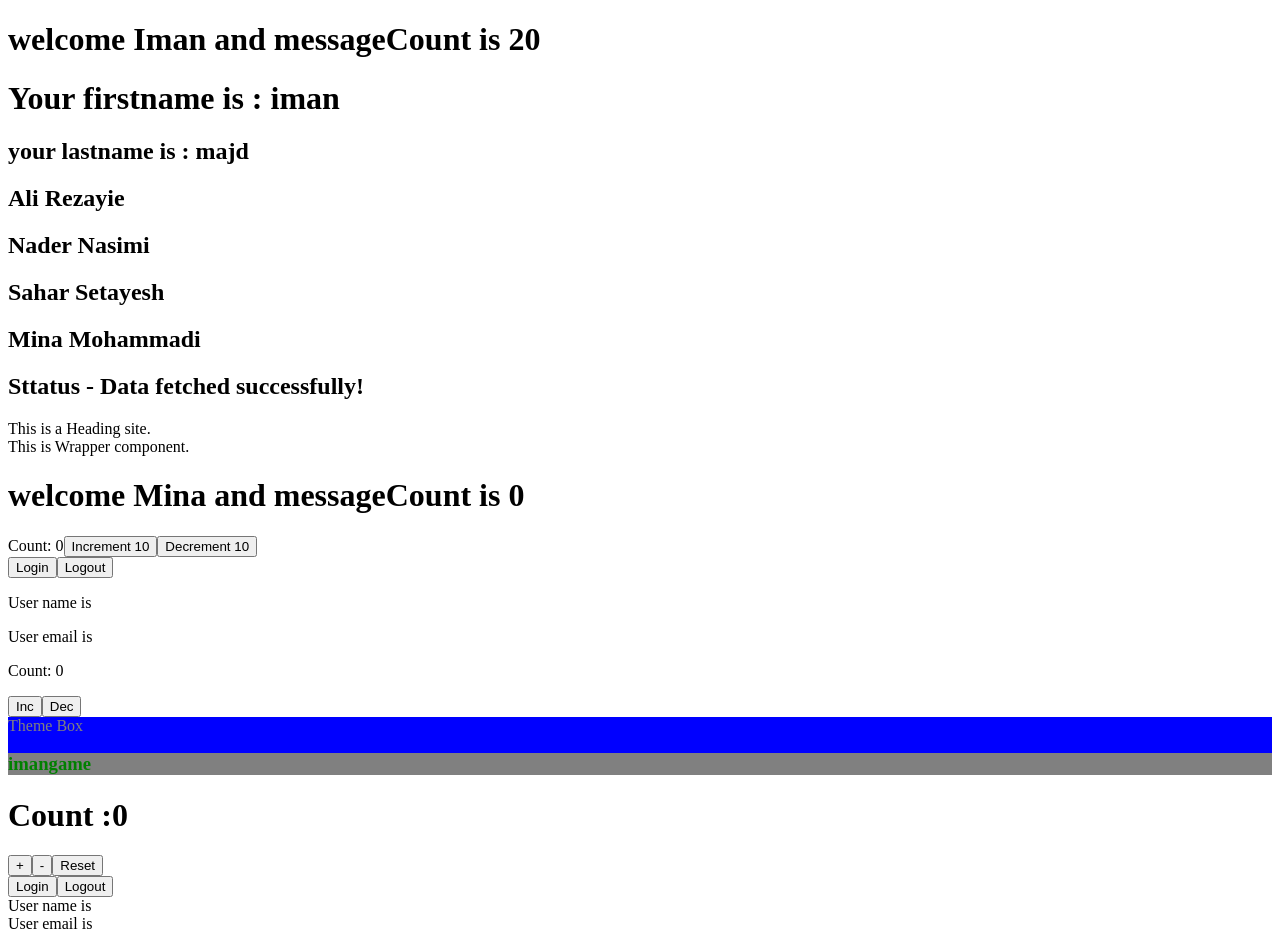
Repository: imangame2125/Typescript-learn-course
Page: /
An editor plug-in stored every save of this project. The page is shown before and after a run of saves, followed by the edit.
The browser window is 1280 px wide. The pictures show the whole page.
The project was rebuilt for these pictures with package versions that can differ from the ones it lists, and the page was loaded fresh each time.

Above is the page before, as saved 2023-10-01 12:54:52.

### src/App.tsx
import React from "react";
import { Greet } from "./components/pages/Greet";
import Person from "./components/pages/Person";
import PersonList from "./components/pages/PersonList";
import Status from "./components/pages/Status";
import Heading from "./components/pages/Heading";
import { Wrapper } from "./components/pages/Wrapper";
import User from "./components/pages/User";
import Container from "./components/pages/Counter";
import UseReducerTypescript from "./components/pages/UseResuerTypescript";
import CounterUseReducer from "./components/pages/CounterUseReducer";
import { ThemeContextProvider } from "./components/context/ThemeContext";
import Box from "./components/pages/Box";
import { UserContextProvider } from "./components/context/UserContext";
import UserPerson from "./components/context/UserPerson";

function App() {
  const personName = {
    firstName: "iman",
    lastName: "majd",
  };

  const nameList = [
    {
      firstName:'Ali',
      lastName:'Rezayie'
    },


    {
      firstName:'Nader',
      lastName:'Nasimi'
    },


    {
      firstName:'Sahar',
      lastName:'Setayesh'
    },



    {
      firstName:'Mina',
      lastName:'Mohammadi'
    },
  ]
  return (
    <div className="App">
      <Greet name="Iman" messageCount={20} isLoggedIn={true} family={0} />
      <Person name={personName} />
      <PersonList names={nameList}/>
      <Status status="success"/>
      <Heading>
        This is a Heading site.
      </Heading>
      <Wrapper>
        <Heading>This is Wrapper component.</Heading>
      </Wrapper>
      <Greet name='Mina' isLoggedIn={true} family={0}/>
      <Container/>
      <User/>
      <UseReducerTypescript/>

      <ThemeContextProvider>
        <Box/>
      </ThemeContextProvider>

      <CounterUseReducer/>

      <UserContextProvider>
        <UserPerson/>
      </UserContextProvider>
    </div>
  );
}

export default App;

### src/components/pages/Greet.tsx
import React from "react";
import { GreetProps } from "../types/GreetProps";

//optional props

export const Greet = ({ name, messageCount = 0, isLoggedIn }: GreetProps) => {
  return (
    <div>
      {isLoggedIn ? (
        <h1>{`welcome ${name} and messageCount is ${messageCount}`}</h1>
      ) : (
        <h2>its bad...</h2>
      )}
    </div>
  );
};

### src/components/pages/Person.tsx
import React from "react";
import { PersonProps } from "../types/PersonProps";

const Person = ({ name: { firstName, lastName } }: PersonProps) => {
  return (
    <div>
      <h1>Your firstname is : {firstName}</h1>
      <h2>your lastname is : {lastName}</h2>
    </div>
  );
};

export default Person;

### src/components/pages/PersonList.tsx
import React from 'react'
import { Name } from '../types/PersonLIstProps'

type PersonsListProps = {
  names:Name[]
}

const PersonList = ({names}:PersonsListProps) => {
  return (
    <div>
        {names.map((name)=>{
            return(
                <h2 key={name.firstName}>{name.firstName} {name.lastName}</h2>
            )
        })}
    </div>
  )
}

export default PersonList

### src/components/pages/Status.tsx
import React from "react";
import { StatusProps } from "../types/StatusProps";
//a Union of string literals

const Status = ({ status }: StatusProps) => {
  let message;
  if (status === "loading") {
    message = "Loading...";
  } else if (status === "success") {
    message = "Data fetched successfully!";
  } else if (status === "error") {
    message = "Error fetching data";
  }
  return (
    <div>
        <h2>Sttatus - {message}</h2>
    </div>
  );
};

export default Status;

### src/components/pages/Heading.tsx
import React from "react";
import { HeadingProps } from "../types/HeadingProps";

//children props
const Heading = ({ children }: HeadingProps) => {
  return <div>{children}</div>;
};

export default Heading;

### src/components/pages/Wrapper.tsx
import React from "react";
import { WrapperProps } from "../types/WrapperProps";
//children props when type is React.ReactNode

export const Wrapper = ({ children }: WrapperProps) => {
  return <div>{children}</div>;
};

### src/components/pages/User.tsx
import React, { useState } from "react";
// import { UserProps } from "../types/UserProps";

type UserProps = {
  name: string;
  email: string;
};

const User = () => {
  const [user, setUser] = useState<UserProps>({} as UserProps);
  const handleLogin = () => {
    setUser({
      name: "iman",
      email: "imanclever51@gmail.com",
    });
  };

  const handleLogout = () => {
    setUser({
      name: "",
      email: "",
    });
  };
  return (
    <div>
      <button onClick={handleLogin}>Login</button>
      <button onClick={handleLogout}>Logout</button>
      <p>User name is {user.name} </p>
      <p>User email is {user.email}</p>
    </div>
  );
};

export default User;

### src/components/pages/Counter.tsx
import React, { useReducer } from "react";

function reducer(
  state: { count: number },
  action: { type: string; payload: number }
) {
  switch (action.type) {
    case "INCREMENT":
      return {
        count: state.count + action.payload,
      };
    case "resut":
      return {
        count: 10,
      };

    case "DECREMENT":
      return {
        count: state.count - action.payload,
      };
    default:
      return state;
  }
}

const Container = () => {
  const [state, dispatch] = useReducer(reducer, { count: 0 });

  const handleInc = () => {
    dispatch({
      type: "INCREMENT",
      payload: 10,
    });
  };

  // const handleReset = ()=>{
  //   dispatch({
  //     type:'resut',

  //   })
  // }

  const handleDic = () => {
    dispatch({
      type: "DECREMENT",
      payload: 10,
    });
  };
  return (
    <>
      Count: {state.count}
      {/* <button onClick={() => dispatch({ type: "INCREMENT", payload: 10 })}> */}
      <button onClick={handleInc}>Increment 10</button>
      {/* <button onClick={() => dispatch({ type: "DECREMENT", payload: 10 })}> */}
      <button onClick={handleDic}>Decrement 10</button>
      {/* <button onClick={handleReset}>Reset</button> */}
    </>
  );
};

export default Container;

### src/components/pages/UseResuerTypescript.tsx
import React, { useReducer } from 'react';

const reducer = (state: { count: number }, action: { type: string; payload?: number }) => {
  switch (action.type) {
    case 'INC':
      return { ...state, count: state.count + (action.payload || 0) };

      case 'DEC':
        return { ...state, count: state.count - (action.payload || 0) };
    default:
      return state;
  }
};

const UseReducerTypescript = () => {
  const [state, dispatch] = useReducer(reducer, { count: 0 });

  const handleInc = () => {
    dispatch({
      type: 'INC',
      payload: 10,
    });
  };

  const handleDec = () => {
    dispatch({
      type: 'DEC',
      payload: 10,
    });
  };

  return (
    <div>
      <p>Count: {state.count}</p>
      <button onClick={handleInc}>Inc</button>
      <button onClick={handleDec}>Dec</button>
    </div>
  );
};

export default UseReducerTypescript;

### src/components/pages/CounterUseReducer.tsx
import React, { useReducer } from "react";
const initialValue = {
  count: 0,
};

type CounterState = {
  count: number;
};

type UpdateAction = {
  type: "INC" | "DEC";
  payload: number;
};

type ResetAction = {
  type: "reset";
};
type CounterAction = UpdateAction | ResetAction;
const reducer = (state: CounterState, action: CounterAction) => {
  switch (action.type) {
    case "INC":
      return { ...state, count: state.count + action.payload };

    case "reset":
      return initialValue;

    case "DEC":
      return { ...state, count: state.count - action.payload };
    default:
      return state;
  }
};
const CounterUseReducer = () => {
  const [state, dispatch] = useReducer(reducer, initialValue);
  return (
    <div>
      <h1>Count :{state.count}</h1>
      <button onClick={() => dispatch({ type: "INC", payload: 50 })}>+</button>
      <button onClick={() => dispatch({ type: "DEC", payload: 50 })}>-</button>
      <button onClick={() => dispatch({ type: "reset" })}>Reset</button>
    </div>
  );
};

export default CounterUseReducer;

### src/components/context/ThemeContext.tsx
import { createContext } from "react";
import { theme } from "./theme";

type ThemeContextProviderProps = {
  children: React.ReactNode;
};

export const ThemeContext = createContext(theme);

export const ThemeContextProvider = ({
  children,
}: ThemeContextProviderProps) => {
  return (
    <ThemeContext.Provider value={theme}>{children}</ThemeContext.Provider>
  );
};

### src/components/pages/Box.tsx
import React, { useContext } from "react";
import { ThemeContext } from "../context/ThemeContext";

const Box = () => {
  const theme = useContext(ThemeContext);
  return (
    <div
      style={{ background: theme.primary.main, color: theme.secondary.text }}
    >
      Theme Box

      <h3 style={{background:theme.secondary.main,color:theme.success.text}}>imangame</h3>
    </div>
  );
};

export default Box;

### src/components/context/UserContext.tsx
import { useState } from "react";
import { createContext } from "react";

export type AuthUser = {
  name: string;
  email: string;
};

type UserContextProviderProps = {
  children: React.ReactNode;
};

type UserContextType = {
  user: AuthUser | null;
  setUser: React.Dispatch<React.SetStateAction<AuthUser | null>>;
};
export const UserContext = createContext<UserContextType | null>(null);
export const UserContextProvider = ({ children }: UserContextProviderProps) => {
  const [user, setUser] = useState<AuthUser | null>(null);

  return (
    <UserContext.Provider value={{ user, setUser }}>
      {children}
    </UserContext.Provider>
  );
};

### src/components/context/UserPerson.tsx
import React, { useContext } from 'react'
import { UserContext } from './UserContext'

const UserPerson = () => {
        const userContext = useContext(UserContext)
    const handleLogin = ()=>{
        if(userContext){
            userContext.setUser({
                name:'Iman',
                email:'imanmajdabadifarahani1372@gmail.com'
            })
        }
    }


    const handleLogout = ()=>{
        if(userContext){
            userContext.setUser(null)
        }
    }
  return (
    <div>
        <button onClick={handleLogin}>Login</button>
        <button onClick={handleLogout}>Logout</button>

        <div>User name is {userContext?.user}</div>
        <div>User email is</div>
    </div>
  )
}

export default UserPerson

### src/components/context/theme.tsx
export const theme = {
    primary:{
        main:'blue',
        text:'blue'
    },
    secondary:{
        main:'gray',
        text:'gray'
    },

    success:{
        main:'green',
        text:'green'
    }
}

Loaded but not shown: public/index.html (common file); src/index.tsx (common file)

After the next 2 saves:
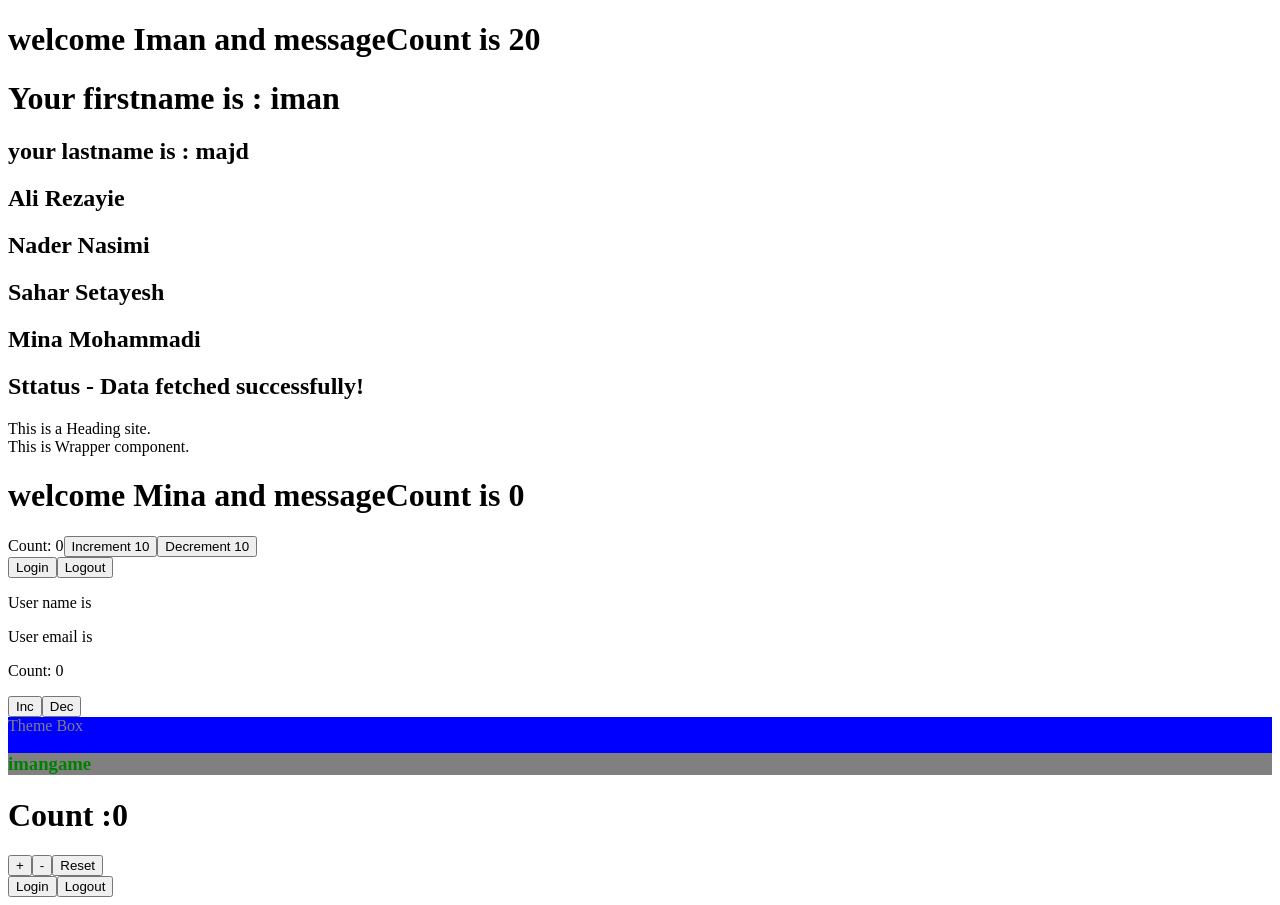
The 2 saves are shown as one change because 1 did not build or start.
The last was saved 34 min 25 s later.
--- a/src/components/context/UserPerson.tsx
+++ b/src/components/context/UserPerson.tsx
@@ -20,12 +20,16 @@ const UserPerson = () => {
     }
   return (
     <div>
-        <button onClick={handleLogin}>Login</button>
-        <button onClick={handleLogout}>Logout</button>
+    <button onClick={handleLogin}>Login</button>
+    <button onClick={handleLogout}>Logout</button>
 
-        <div>User name is {userContext?.user}</div>
-        <div>User email is</div>
-    </div>
+    {userContext && userContext.user && (
+      <div>
+        <div>User name is {userContext.user.name}</div>
+        <div>User email is {userContext.user.email}</div>
+      </div>
+    )}
+  </div>
   )
 }
 
